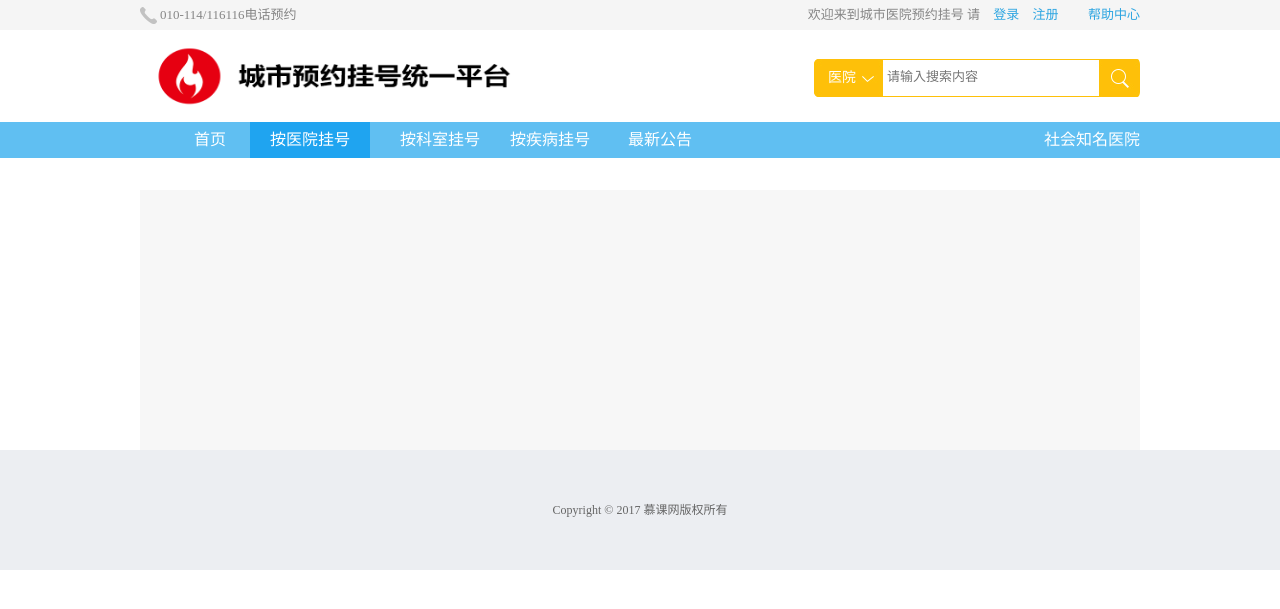
Repository: ScarApocalypse/study
Page: 挂号平台/hospital_detail.html
The author's editor kept a copy of each file at every save. The page is drawn from the files as they stood at one save, then again after the next save.
The browser window is 1280 px wide. The pictures show the whole page.

Above is the page before, as saved 2019-01-22 21:47:45.

After the next save:
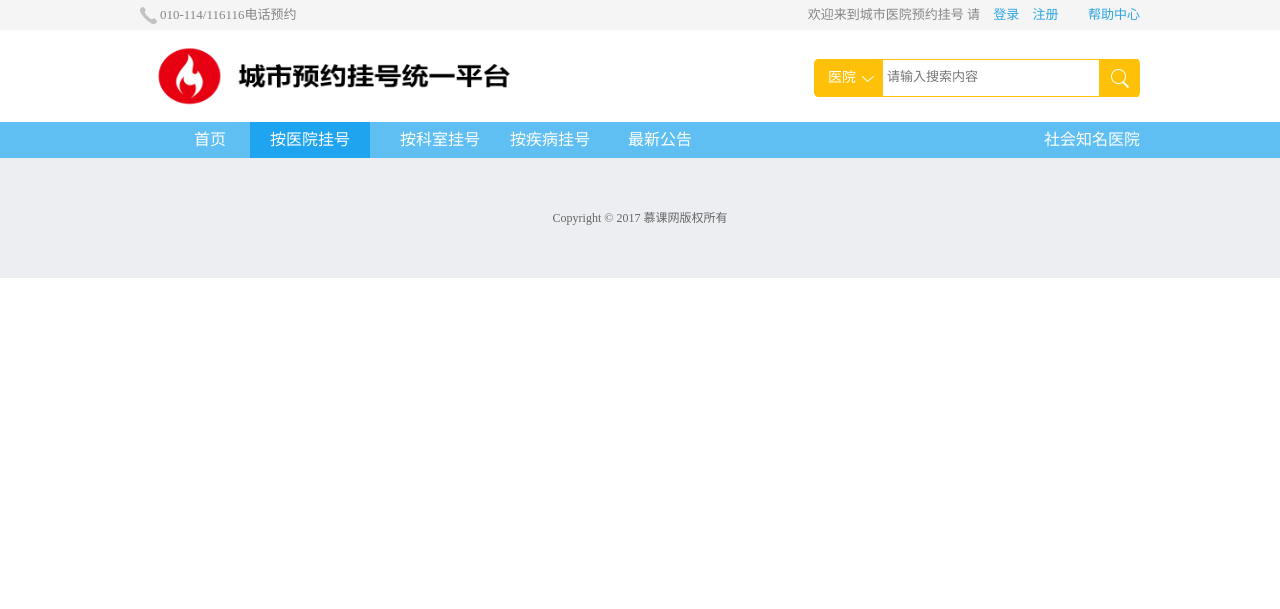
Saved 3 min 43 s later.
--- a/挂号平台/css/hospital_detail.css
+++ b/挂号平台/css/hospital_detail.css
@@ -1,5 +1,8 @@
-.hospital_detail{
+.hospitalDetail{
     height: 260px;
     background:#f7f7f7;
     margin-top:32px;
+    /* padding-left:250px */
+    padding:0 25px;
 }
+.hospitalDetail

After the 2 saves that followed:
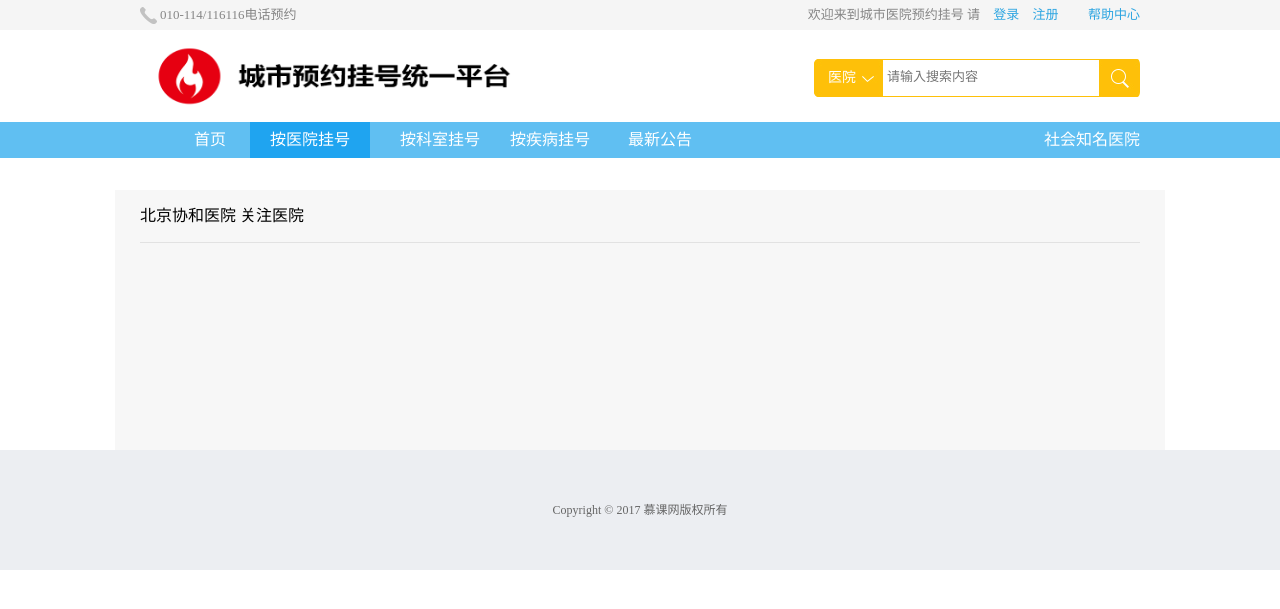
The 2 saves are shown as one change because 1 left the picture as it was.
The last was saved 2 min 25 s later.
--- a/挂号平台/hospital_detail.html
+++ b/挂号平台/hospital_detail.html
@@ -58,8 +58,11 @@
         </div>
     </div>
     <!-- 医院信息 -->
-    <div class="hospital_detail wrap">
-
+    <div class="hospitalDetail wrap">
+        <div class="hospitalDetail-title">
+            北京协和医院
+            <span class="focus">关注医院</span>
+        </div>
     </div>
     <!-- 页脚区域 -->
     <div id="footer" class="footer">
--- a/挂号平台/css/hospital_detail.css
+++ b/挂号平台/css/hospital_detail.css
@@ -5,4 +5,8 @@
     /* padding-left:250px */
     padding:0 25px;
 }
-.hospitalDetail
+.hospitalDetail .hospitalDetail-title{
+    height: 52px;
+    line-height: 52px;
+    border-bottom:1px solid #e2e2e2;
+}
